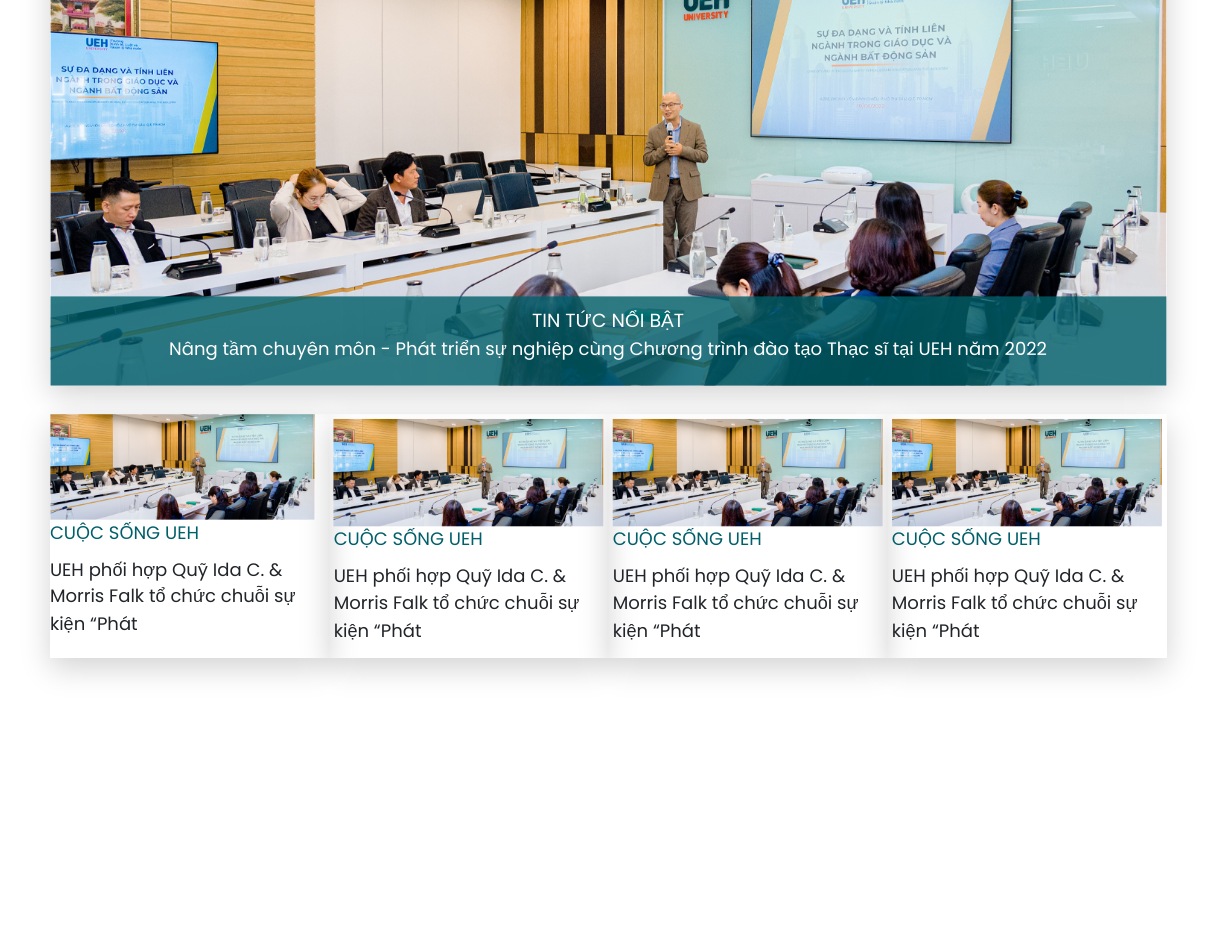
Repository: Jackietruong2805/frontends
Page: html css/ueh/index.html
An editor plug-in stored every save of this project. The page is shown before and after the next save, followed by the edit.
The browser window is 1280 px wide. The page is 1288 px wide, so the pictures cover 1288 px, including what lies to the right of the window. The pictures show the part of the page from y = 720 to 1720 px (the page is 1720 px tall), at 95% of full size.
Some web libraries are served in a nearby version.

Above is the page before, as saved 2022-06-20 09:19:36.

### html css/ueh/index.html
<!DOCTYPE html>
<html lang="en">
  <head>
    <meta charset="UTF-8" />
    <meta http-equiv="X-UA-Compatible" content="IE=edge" />
    <meta name="viewport" content="width=device-width, initial-scale=1.0" />
    <title>UEH</title>
    <!-- FONT GOOGLE -->
    <link rel="preconnect" href="https://fonts.googleapis.com" />
    <link rel="preconnect" href="https://fonts.gstatic.com" crossorigin />
    <link
      href="https://fonts.googleapis.com/css2?family=Poppins:wght@300;400;700&display=swap"
      rel="stylesheet"
    />
    <!-- FONT AWESOME -->
    <link
      rel="stylesheet"
      href="https://cdnjs.cloudflare.com/ajax/libs/font-awesome/6.1.1/css/all.min.css"
      integrity="sha512-KfkfwYDsLkIlwQp6LFnl8zNdLGxu9YAA1QvwINks4PhcElQSvqcyVLLD9aMhXd13uQjoXtEKNosOWaZqXgel0g=="
      crossorigin="anonymous"
      referrerpolicy="no-referrer"
    />
    <!-- BS5 -->
    <link
      href="https://cdn.jsdelivr.net/npm/bootstrap@5.1.3/dist/css/bootstrap.min.css"
      rel="stylesheet"
      integrity="sha384-1BmE4kWBq78iYhFldvKuhfTAU6auU8tT94WrHftjDbrCEXSU1oBoqyl2QvZ6jIW3"
      crossorigin="anonymous"
    />
    <!-- INDEX CSS -->
    <link rel="stylesheet" href="./css/index.css" />
  </head>
  <body class="fix">
    <!-- HEADER -->
    <header class="container-fluid p-0">
      <nav
        class="navbar navbar-expand-lg navbar-dark bg-dark p-0 fixed-top w-100"
        id="brand-bar"
      >
        <div class="container-fluid px-5">
          <a class="navbar-brand" id="header--workmark" href="#">
            <img src="./img/logo-header.png" id="logo-header" alt="ueh-logo" />
          </a>
          <button
            class="navbar-toggler"
            type="button"
            data-bs-toggle="collapse"
            data-bs-target="#navbarUeh"
            aria-controls="navbarSupportedContent"
            aria-expanded="false"
            aria-label="Toggle navigation"
          >
            <span class="navbar-toggler-icon"></span>
          </button>
          <div class="collapse navbar-collapse" id="navbarUeh">
            <ul class="navbar-nav ms-auto mb-2 mb-lg-0 px-5">
              <li class="nav-item">
                <a class="nav-link active" aria-current="page" href="#"
                  >Tân sinh viên</a
                >
              </li>
              <li class="nav-item">
                <a class="nav-link" href="#">Người học</a>
              </li>
              <li class="nav-item">
                <a class="nav-link" href="#">Cựu sinh viên</a>
              </li>
              <li class="nav-item">
                <a class="nav-link" href="#">UEH Future</a>
              </li>
              <li class="nav-item">
                <a class="nav-link" href="#">UEHer</a>
              </li>
              <li class="nav-item">
                <a class="nav-link" href="#">UEH Vĩnh Long</a>
              </li>
              <li class="nav-item d-flex align-items-center">
                <div class="button-cover">
                  <span class="vi text-white">VI</span>
                  <span class="en">EN</span>
                </div>
              </li>
            </ul>
            <button class="btn btn-info">
              <i class="fa fa-search"></i>
            </button>
          </div>
        </div>
      </nav>
      <div id="video" class="video row">
        <div class="video-ueh"></div>
      </div>
    </header>

    <!-- CAROUSEL -->
    <div class="body">
      <section class="carousel">
        <div id="uehIndicators" class="carousel slide" data-bs-ride="carousel">
          <div class="carousel-indicators">
            <button
              type="button"
              data-bs-target="#uehIndicators"
              data-bs-slide-to="0"
              class="active"
              aria-current="true"
              aria-label="Slide 1"
            ></button>
            <button
              type="button"
              data-bs-target="#uehIndicators"
              data-bs-slide-to="1"
              aria-label="Slide 2"
            ></button>
            <button
              type="button"
              data-bs-target="#uehIndicators"
              data-bs-slide-to="2"
              aria-label="Slide 3"
            ></button>
            <button
              type="button"
              data-bs-target="#uehIndicators"
              data-bs-slide-to="3"
              aria-label="Slide 4"
            ></button>
            <button
              type="button"
              data-bs-target="#uehIndicators"
              data-bs-slide-to="4"
              aria-label="Slide 4"
            ></button>
          </div>
          <div class="carousel-inner">
            <div class="carousel-item active">
              <img src="./img/slider-1.jpg" class="d-block w-100" alt="..." />
            </div>
            <div class="carousel-item">
              <img src="./img/slider-2.png" class="d-block w-100" alt="..." />
            </div>
            <div class="carousel-item">
              <img src="./img/slider-3.jpg" class="d-block w-100" alt="..." />
            </div>
            <div class="carousel-item">
              <img src="./img/slider-4.jpg" class="d-block w-100" alt="..." />
            </div>
            <div class="carousel-item">
              <img src="./img/slider-5.png" class="d-block w-100" alt="..." />
            </div>
          </div>
          <button
            class="carousel-control-prev"
            type="button"
            data-bs-target="#uehIndicators"
            data-bs-slide="prev"
          >
            <span class="ueh-block-title">
              <i class="fa fa-angle-left"></i>
            </span>
            <span class="visually-hidden">Previous</span>
          </button>
          <button
            class="carousel-control-next"
            type="button"
            data-bs-target="#uehIndicators"
            data-bs-slide="next"
          >
            <span class="ueh-block-title"
              ><i class="fa fa-angle-right"></i
            ></span>
            <span class="visually-hidden">Next</span>
          </button>
        </div>
      </section>
      <!-- CAROUSEL -->

      <!-- NEWS -->
      <section class="news my-5">
        <h1 class="text-center ueh-block-title fw-bold fs-1">Tin tức</h1>
        <p class="text-muted text-center">
          Thông tin mới nhất và kiến thức hữu ích từ UEH
        </p>
        <div class="container-fluid px-5">
          <div class="row px-5">
            <div class="col-12 shadow-lg p-0 overflow-hidden position-relative">
              <img
                class="img-fluid"
                id="img-scale"
                src="./img/news-1.jpg"
                alt="news1"
              />
              <div class="news__overplay">
                <h2 class="over-1">TIN TỨC NỔI BẬT</h2>
                <p class="over-2">
                  Nâng tầm chuyên môn - Phát triển sự nghiệp cùng Chương trình
                  đào tạo Thạc sĩ tại UEH năm 2022
                </p>
              </div>
            </div>
          </div>
          <div class="row px-5 py-5">
            <div class="col-3 p-0 pe-4 shadow-lg">
              <img class="img-fluid" src="./img/news-1.jpg" alt="news-1" />
              <p style="color: rgb(0, 95, 105)">CUỘC SỐNG UEH</p>
              <p>
                UEH phối hợp Quỹ Ida C. & Morris Falk tổ chức chuỗi sự kiện
                “Phát
              </p>
            </div>
            <div class="col-3 p-0 p-2 shadow-lg">
              <img class="img-fluid" src="./img/news-1.jpg" alt="news-1" />
              <p style="color: rgb(0, 95, 105)">CUỘC SỐNG UEH</p>
              <p>
                UEH phối hợp Quỹ Ida C. & Morris Falk tổ chức chuỗi sự kiện
                “Phát
              </p>
            </div>
            <div class="col-3 p-0 p-2 shadow-lg">
              <img class="img-fluid" src="./img/news-1.jpg" alt="news-1" />
              <p style="color: rgb(0, 95, 105)">CUỘC SỐNG UEH</p>
              <p>
                UEH phối hợp Quỹ Ida C. & Morris Falk tổ chức chuỗi sự kiện
                “Phát
              </p>
            </div>
            <div class="col-3 p-0 p-2 shadow-lg">
              <img class="img-fluid" src="./img/news-1.jpg" alt="news-1" />
              <p style="color: rgb(0, 95, 105)">CUỘC SỐNG UEH</p>
              <p>
                UEH phối hợp Quỹ Ida C. & Morris Falk tổ chức chuỗi sự kiện
                “Phát
              </p>
            </div>
          </div>
        </div>
      </section>
      <!-- ADMISSIONS -->
      <section class="admissions"></section>
      <!-- EVENT -->
      <section class="event"></section>
      <!-- RESEARCH -->
      <section class="research"></section>
      <!-- TRAIN -->
      <section class="train"></section>
      <!-- COOPERATION -->
      <section class="coOperation"></section>
      <!-- ACCREDITATION -->
      <section class="accreditation"></section>
      <!-- UEH -->
      <section class="ueh"></section>
      <!-- INTRO -->
      <section class="intro"></section>
      <!-- EXPLORE -->
      <section class="explore"></section>
      <!-- FOOTER -->
      <footer></footer>
    </div>

    <div class="placeholder"></div>

    <!-- thư viện hộ trợ -->
    <script
      src="https://cdn.jsdelivr.net/npm/bootstrap@5.1.3/dist/js/bootstrap.bundle.min.js"
      integrity="sha384-ka7Sk0Gln4gmtz2MlQnikT1wXgYsOg+OMhuP+IlRH9sENBO0LRn5q+8nbTov4+1p"
      crossorigin="anonymous"
    ></script>
    <script src="./js/index.js"></script>
  </body>
</html>

### html css/ueh/css/index.css
/* Global */
* {
    padding: 0;
    margin: 0;
    box-sizing: border-box;
}

html {
    font-size: 10px;
}

body {
    font-size: 1.9em;
}

body,
html {
    font-family: 'Poppins', sans-serif;
}

.ueh-block-title {
    color: #f26f33 !important;
}

.fs-1 {
    font-size: 3.0517578125em !important;
    ;
}

#img-scale {
    transform: scale(1);
    transition: 0.5s;
}

#img-scale:hover {
    transform: scale(1.05);
}

.fixed {
    position: fixed;
    top: 0;
    width: 100%;
    z-index: -2;
}

/* HEADER */


header {
    height: 100vh;
    display: flex;
    flex-direction: column;
    position: relative;
    z-index: 1;
}

.video {
    flex-grow: 1;
}

.video-ueh {
    height: 100%;
    background-image: url('../img/ueh-vid.gif');
    background-position: center;
    background-repeat: no-repeat;
    background-size: cover;
}

#brand-bar {
    background-color: rgb(0, 95, 105) !important;

}

#navbarUeh .nav-item {
    transition: 0.5s;
}

#navbarUeh .nav-item:hover:not(:last-child) {
    background-color: #f26f33;
}

.navbar #header--workmark {
    font-size: 1.1em !important;
    line-height: 1.8em !important;
}

#logo-header {
    max-height: 36px !important;
}

#navbarUeh .nav-item .nav-link {
    color: #fff;
    font-weight: 300;
    padding: .5555555556em .5em;
    outline-offset: -4px;
}

.button-cover {
    background-color: white;
    border-radius: 30px;
    padding: 1.5px 4px;
    line-height: 10px;
}

.button-cover .vi {
    display: inline-block;
    border-radius: 50%;
    background-color: rgb(0, 95, 105);
    padding: 8px;
    font-size: 10px;
    font-weight: bold;
}

.button-cover .en {
    color: rgb(0, 95, 105);
    font-size: 10px;
    padding: 5px;
    font-weight: bold;
}

#navbarUeh .btn-info,
#navbarUeh .btn-info:focus {
    color: white;
    background-color: rgb(0, 95, 105);
    border: 0;
    font-size: inherit;
    padding: 0 40px 0 60px;
    box-shadow: none;
}


/* CAROUSEL */


#uehIndicators .carousel-indicators .active {
    background-color: white;
}

.carousel-control-prev,
.carousel-control-next {
    opacity: 1;
    width: 5%;
}

.carousel-indicators [data-bs-target] {
    width: 10px;
    height: 10px;
    border-radius: 50%;
    background-color: transparent;
    border: 2px solid white;
    background-clip: border-box;
}

.carousel-control-prev .fa-angle-left {
    font-size: 40px;
}

.carousel-control-next .fa-angle-right {
    font-size: 40px;
}

.news__overplay {
    position: absolute;
    width: 100%;
    height: 20%;
    background-color: rgba(0, 95, 105, 0.8);
    bottom: 0;
    display: flex;
    flex-direction: column;
    justify-content: center;
    text-align: center;
    color: #fff;
}

.fix .body {
    position: fixed;
    top: 0;
    width: 100%;
    z-index: -1;
}

.fix .placeholder {
    position: relative;
    height: 1000px;
    z-index: 1;
}

### html css/ueh/js/index.js
window.onscroll = function () {
  const video = document.getElementById("video");

  const videoHeight = video.offsetHeight;

  if (document.documentElement.scrollTop <= videoHeight) {
  }
};

After the next save:
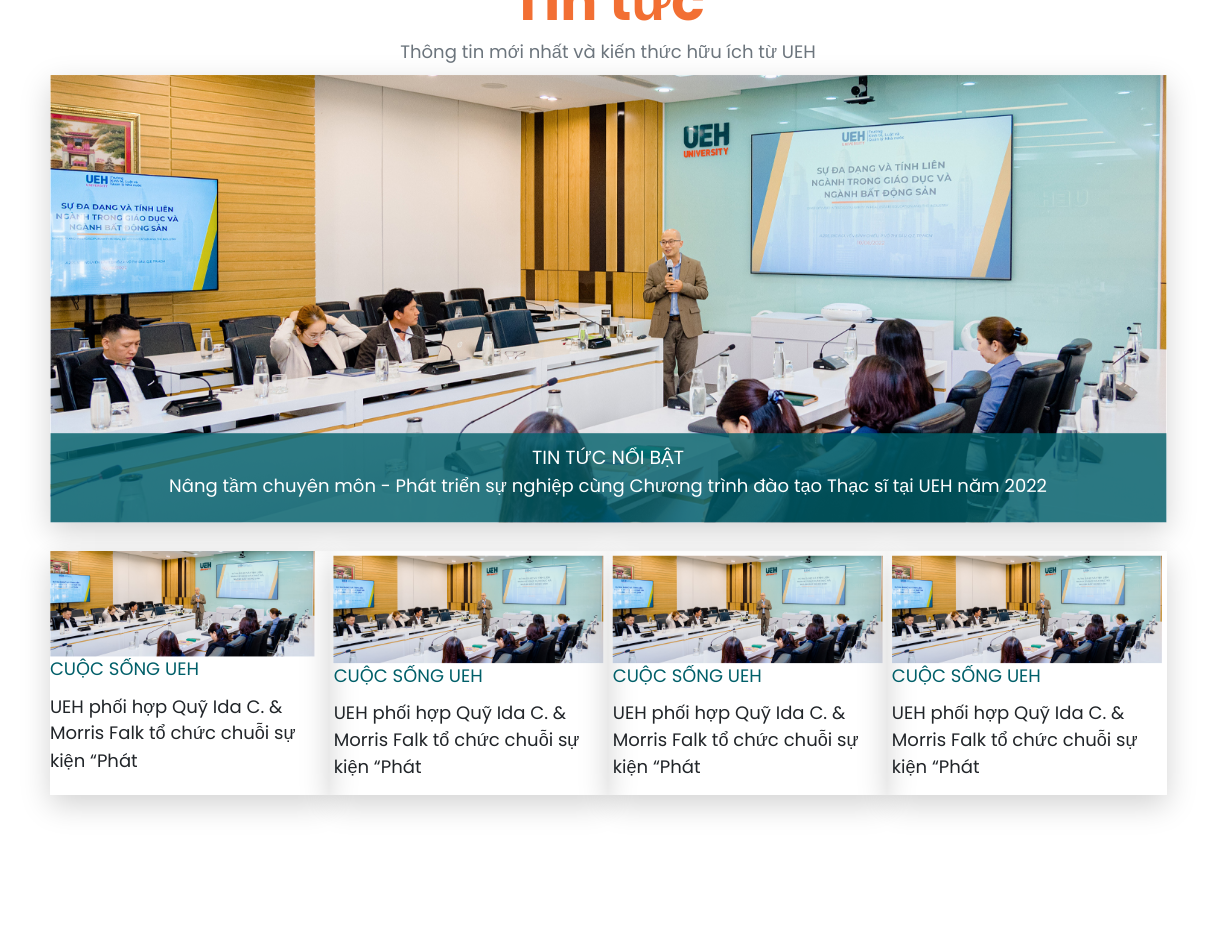
Saved 18 s later.
--- a/html css/ueh/css/index.css
+++ b/html css/ueh/css/index.css
@@ -174,7 +174,7 @@
 
 .fix .body {
     position: fixed;
-    top: 0;
+    top: 20vh;
     width: 100%;
     z-index: -1;
 }
